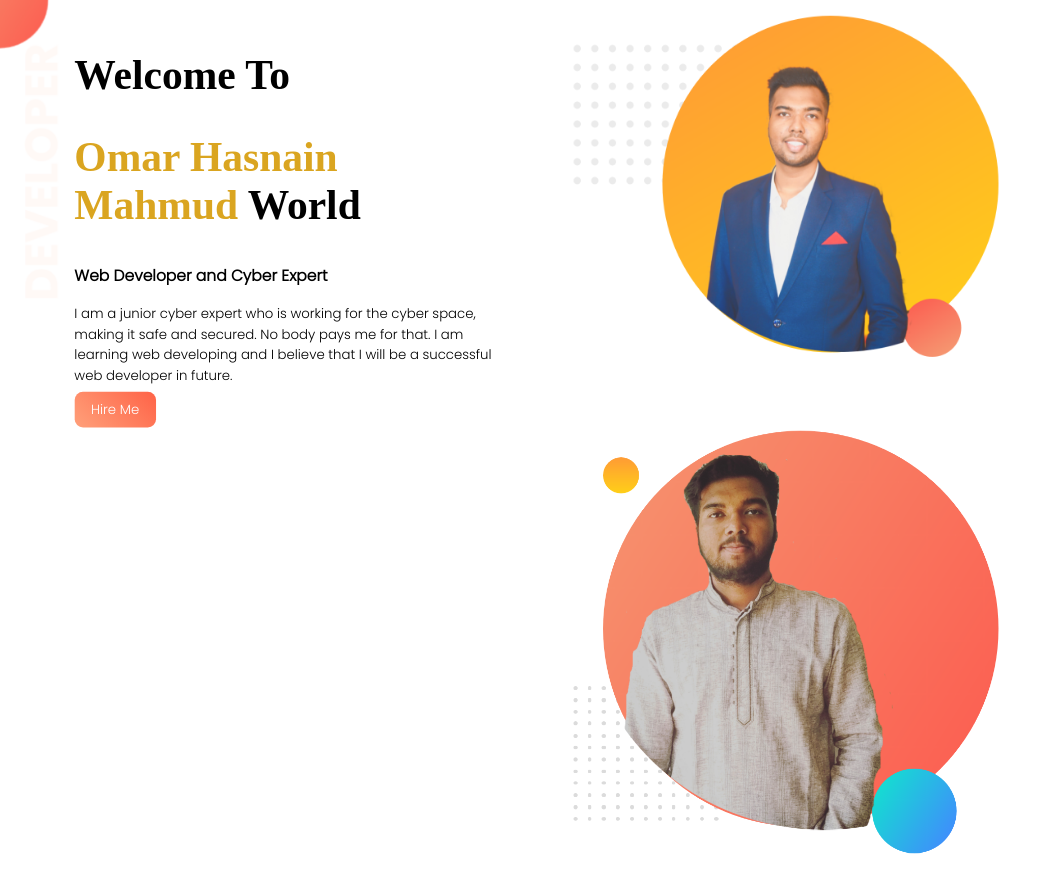
Repository: omarhasnain/web-portfolio
Page: index.html
The author's editor kept a copy of each file at every save. The page is drawn from the files as they stood at one save, then again after the next save.
The browser window is 1280 px wide. The pictures show the whole page, at 83% of full size.
Some web fonts or font styles are not loaded; a fallback is used.

Above is the page before, as saved 2021-01-05 22:58:04.

After the next save:
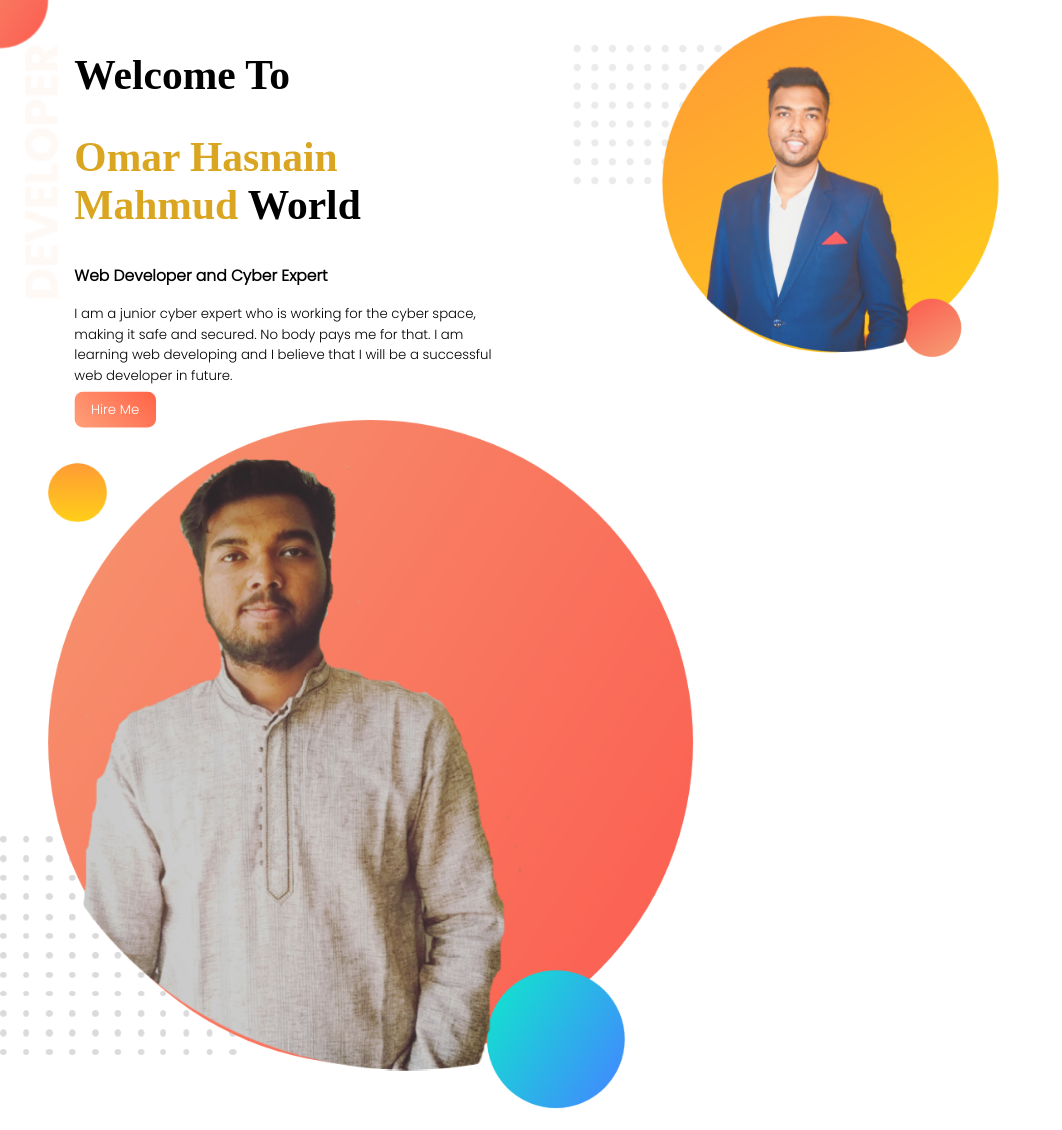
Saved 5 min 27 s later.
--- a/index.html
+++ b/index.html
@@ -24,7 +24,7 @@
             </div>
         </section>
         <section class="Future Goal">
-            <div class="half-width">
+            <div class="again-half-width">
             <img src="images/propic.png" alt="">
 
             </div>
